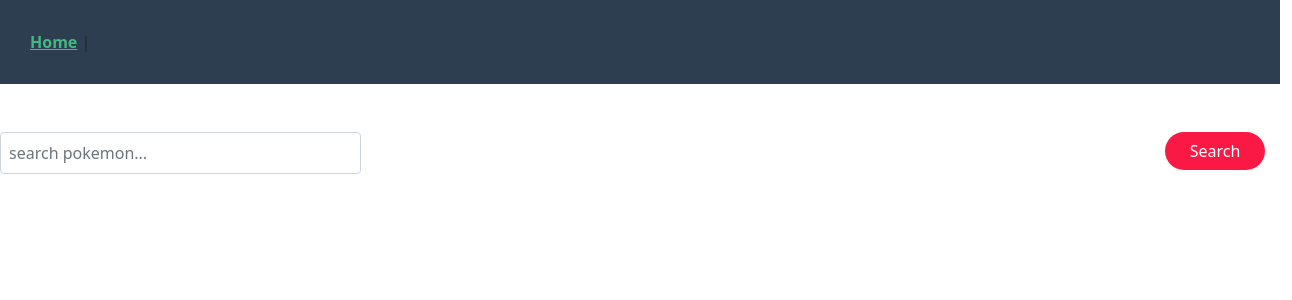
Repository: arif286/PokeDex-website
Page: /
The author's editor kept a copy of each file at every save. The page is drawn from the files as they stood at one save, then again after the next save.
The browser window is 1280 px wide. The page is 1292 px wide, so the pictures cover 1292 px, including what lies to the right of the window. The pictures show the whole page.
The page's requests for data from a server got no answer. The project was rebuilt for these pictures with package versions that can differ from the ones it lists, and the page was loaded fresh each time. No one was signed in, and anything a server would have sent is missing. Also part of the build but not shown: src/views/About.vue.

Above is the page before, as saved 2021-06-04 01:42:45.

### src/main.js
import "bootstrap";
import "bootstrap/dist/css/bootstrap.min.css";
import { createApp } from 'vue';
import App from './App.vue';
import router from './router';


createApp(App).use(router).mount('#app')

### src/App.vue
<template>
  <div id="nav">
    <router-link to="/">Home</router-link> |
    <!-- <router-link to="/pokemon">About</router-link> -->
  </div>
  <router-view />
</template>

<style>
#nav {
  padding: 30px;
  background-color: #2c3e50;
}

#nav a {
  font-weight: bold;
  color: #2c3e50;
}

#nav a.router-link-exact-active {
  color: #42b983;
}
</style>

### src/router/index.js
import { createRouter, createWebHistory } from 'vue-router';
import About from '../views/About.vue';
import Home from '../views/Home.vue';

const routes = [
  {
    path: '/',
    name: 'Home',
    component: Home
  },
  {
    path: '/pokemon/:id',
    name: 'pokemon',
    component: About,
  }
]

const router = createRouter({
  history: createWebHistory(),
  routes,
});

export default router

### src/views/Home.vue
<template>
  <div class="row mb-5 mt-5">
    <div class="d-flex col-md-5 col-lg-4">
      <input
        @keyup="update"
        class="form-control searchBar"
        type="text"
        placeholder="search pokemon..."
      />
      <input class="search-btn" type="submit" value="Search" />
    </div>
  </div>
  <div class="container">
    <div class="row">
      <div
        class="col-md-4 pb-4"
        v-for="(pokemon, index) in pokemons"
        :key="index"
      >
        <div class="card">
          <img
            class="w-100"
            :src="
              `http://pokeres.bastionbot.org/images/pokemon/${index + 1}.png`
            "
            alt=""
          />
          <h3 class="text-center">{{ pokemon.name }}</h3>
          <button @click="handleView(pokemon.name)" class="btn btn-danger">
            View details
          </button>
        </div>
      </div>
    </div>
  </div>
</template>

<script>
import axios from "axios";

export default {
  name: "Home",
  // components: {
  //   HelloWorld
  // }
  data() {
    return {
      pokemons: null,
    };
  },
  methods: {
    update(e) {
      console.log("name", e.target.value);
      fetch(`https://pokeapi.co/api/v2/pokemon/${e.target.value}?limit=150`)
        .then((res) => res.json())
        .then((data) => console.log(data));
    },
    handleView(name) {
      console.log(name);
      this.$router.push({ name: "pokemon", params: { id: name } });
    },
  },
  created() {
    axios.get(`https://pokeapi.co/api/v2/pokemon/?limit=30`).then((res) => {
      this.pokemons = res.data.results;
      console.log(this.pokemons);
    });
  },
};
</script>
<style scoped>
.home input {
  margin-top: 50px;
  padding: 10px;
  margin-bottom: 50px;
}
.home {
  text-align: center;
}
.searchBar {
  position: relative;
  width: 88%;
  padding: 8px;
}
.search-btn {
  outline: none;
  background-color: #f91944;
  display: inline-block;
  width: 100px;
  padding: 7px;
  border-radius: 50px;
  color: #fff;
  border: none;
  font-weight: 300;
  position: absolute;
  right: 0;
  margin-right: 15px;
}
</style>

Loaded but not shown: public/index.html (common file)

After the next save:
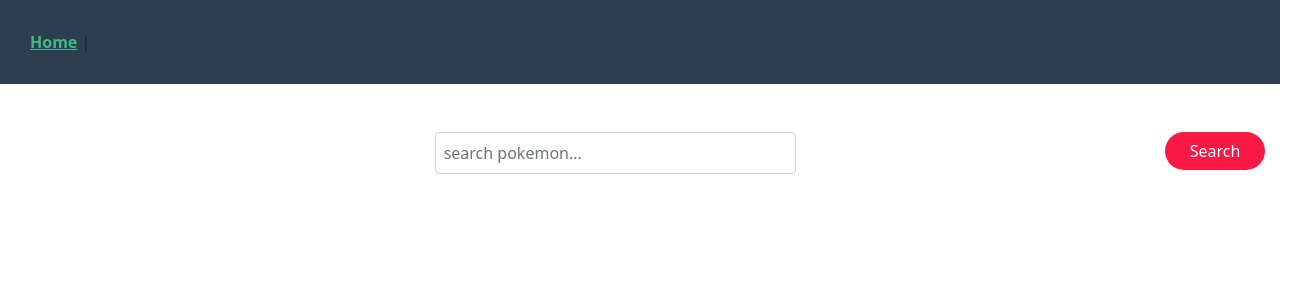
Saved 9 s later.
--- a/src/views/Home.vue
+++ b/src/views/Home.vue
@@ -1,5 +1,5 @@
 <template>
-  <div class="row mb-5 mt-5">
+  <div class="row mb-5 mt-5 justify-content-center">
     <div class="d-flex col-md-5 col-lg-4">
       <input
         @keyup="update"
